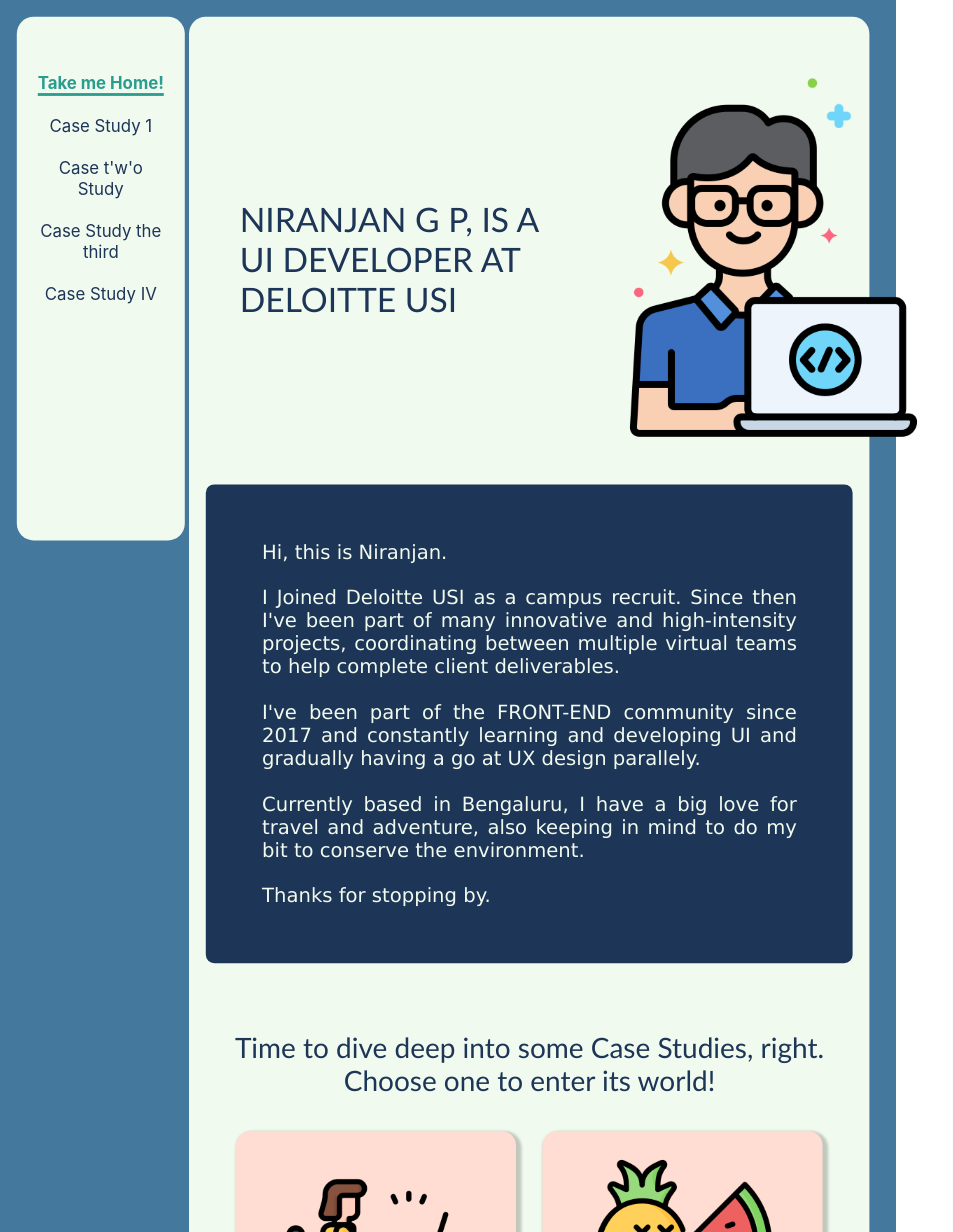
Repository: niranjangp/portfolioReact
Page: /
The author's editor kept a copy of each file at every save. The page is drawn from the files as they stood at one save, then again after the next save.
The browser window is 1280 px wide. The page is 1361 px wide, so the pictures cover 1361 px, including what lies to the right of the window. The pictures show the part of the page from y = 0 to 1760 px (the page is 3130 px tall), at 70% of full size.
The project was rebuilt for these pictures with package versions that can differ from the ones it lists, and the page was loaded fresh each time. Also part of the build but not shown: src/pages/csOne.jsx, src/pages/csTwo.jsx, src/pages/csThree.jsx, src/pages/notFound.jsx.

Above is the page before, as saved 2022-02-01 16:01:51.

### public/index.html
<!DOCTYPE html>
<html lang="en">
  <head>
    <meta charset="utf-8" />
    <!--<link rel="icon" href="%PUBLIC_URL%/favicon.ico" />-->
    <meta name="viewport" content="width=device-width, initial-scale=1" />
    <meta name="theme-color" content="#000000" />
    <meta
      name="description"
      content="Web site created using create-react-app"
    />
    <!--<link rel="apple-touch-icon" href="%PUBLIC_URL%/logo192.png" />-->
    <!--
      manifest.json provides metadata used when your web app is installed on a
      user's mobile device or desktop. See https://developers.google.com/web/fundamentals/web-app-manifest/
    -->
    <link rel="manifest" href="%PUBLIC_URL%/manifest.json" />
    <!--
      Notice the use of %PUBLIC_URL% in the tags above.
      It will be replaced with the URL of the `public` folder during the build.
      Only files inside the `public` folder can be referenced from the HTML.

      Unlike "/favicon.ico" or "favicon.ico", "%PUBLIC_URL%/favicon.ico" will
      work correctly both with client-side routing and a non-root public URL.
      Learn how to configure a non-root public URL by running `npm run build`.
    -->
    <title>Portfolio</title>
  </head>
  <body>
    <noscript>You need to enable JavaScript to run this app.</noscript>
    <div id="root"></div>
    <!--
      This HTML file is a template.
      If you open it directly in the browser, you will see an empty page.

      You can add webfonts, meta tags, or analytics to this file.
      The build step will place the bundled scripts into the <body> tag.

      To begin the development, run `npm start` or `yarn start`.
      To create a production bundle, use `npm run build` or `yarn build`.
    -->
  </body>
</html>

### src/index.css
body {
  margin: 0;
  font-family: -apple-system, BlinkMacSystemFont, 'Segoe UI', 'Roboto', 'Oxygen',
    'Ubuntu', 'Cantarell', 'Fira Sans', 'Droid Sans', 'Helvetica Neue',
    sans-serif;
  -webkit-font-smoothing: antialiased;
  -moz-osx-font-smoothing: grayscale;
  box-sizing: border-box;
}

code {
  font-family: source-code-pro, Menlo, Monaco, Consolas, 'Courier New',
    monospace;
}

p {
  margin: 0;
}

### src/App.js
import './App.css';

import { Route, NavLink, Switch, Redirect } from 'react-router-dom';
import EnterTheDesign from './pages/enterDesign';
import CSOne from './pages/csOne';
import CSTwo from './pages/csTwo';
import CSThree from './pages/csThree';
import NotFound from './pages/notFound';

function App() {
  const flatIconLink = "https://www.flaticon.com/free-icons/programmer";
  const wfhIconLink = "https://www.flaticon.com/free-icons/work-from-home";


  return (
    <div className='App'>
      <div className="containerOne">
        <nav className='navigation'>
          <div className='navDiv'>
            <NavLink activeClassName="nav-link active" className="nav-link" to="/enter-the-design">Take me Home!</NavLink>
          </div>
          <div className='navDiv'>
            <NavLink activeClassName="nav-link active" className="nav-link" to="/cs-one">Case Study 1</NavLink>
          </div>
          <div className='navDiv'>
            <NavLink activeClassName="nav-link active" className="nav-link" to="/cs-two">Case t'w'o Study</NavLink>
          </div>
          <div className='navDiv'>
            <NavLink activeClassName="nav-link active" className="nav-link" to="/cs-three">Case Study the third</NavLink>
          </div>
          <div className='navDiv'>
            <NavLink activeClassName="nav-link active" className="nav-link" to="/cs-three">Case Study IV</NavLink>
          </div>
        </nav>
        <main className='mainOne'>
          <Switch>
            <Route exact path="/" ><Redirect to="/enter-the-design" /></Route>
            <Route path="/enter-the-design" ><EnterTheDesign /></Route>
            <Route exact path="/cs-one" ><CSOne /></Route>
            <Route exact path="/cs-two" ><CSTwo /></Route>
            <Route exact path="/cs-three"><CSThree /></Route>

            <Route path="*"><NotFound /></Route>
          </Switch>
          {/*<div className='firstRow'>
            <div className="width-60">
              <p className='fr-info'>NIRANJAN G P, IS A UI DEVELOPER AT DELOITTE USI</p>
            </div>
            <div className="width-40 img-block">
              <img src={avatarIcon} alt="avatar-icon" className='avtr-img' />
            </div>
          </div>
          <div className='sec-row'>
            <p>Hi, this is Niranjan.</p>
            <p>I Joined Deloitte USI as a campus recruit. Since then I've been part of many innovative and high-intensity projects, coordinating between multiple virtual teams to help complete client deliverables.</p>
            <p>I've been part of the FRONT-END community since 2017 and constantly learning and developing UI and gradually having a go at UX design parallely.</p>
            <p>Currently based in Bengaluru, I have a big love for travel and adventure, also keeping in mind to do my bit to conserve the environment.</p>
            <p>Thanks for stopping by.</p>
          </div>*/}

        </main>
        <footer>
          <div className='footer-info'>
            {/*<p>Niranjan G P</p>*/}
            <p>Design & Develop    |   mailtonirgp@gmail.com</p>
            <p>Please consider the Environment while printing.</p>
          </div>
          <div className='credits'>
            <a href={flatIconLink} title="programmer icons">Programmer icons created by Flat Icons - Flaticon</a>
            <a href={wfhIconLink} title="work from home icons">Work from home icons created by Freepik - Flaticon</a>
            <a href="https://www.flaticon.com/free-icons/fruit" title="fruit icons">Fruit icons created by Freepik - Flaticon</a>
            <a href="https://www.flaticon.com/free-icons/digital-money" title="digital money icons">Digital money icons created by Freepik - Flaticon</a>
          </div>
        </footer>
      </div>

    </div>
  );
}

export default App;

### src/App.css
.containerOne {
  background-color: #45789d;
  padding: 24px;
  position: relative;
}

.mainOne {
  width: 75%;
  margin-left: 20%;
  background-color: #F1FAEE;
  height: 100%;
  border-radius: 1.5rem;
  padding: 24px;
}

.navigation {
  position: absolute;
  top: 24px;
  left: 24px;
  width: 15%;
  height: 660px;
  background-color: #F1FAEE;
  border-radius: 1.5rem;
  padding: 64px 24px 24px;
}

.navDiv {
  padding: 16px 0;
  text-align: center;
}

.nav-link {
  font-size: 24px;
  text-decoration: none;
  color: #1d3557;
}

.nav-link.active {
  color: #2a9d8f;
  font-weight: bold;
  border-bottom: 4px solid #2a9d8f;
}

.fr-info {
  font-size: 3rem;
  font-family: 'Gill Sans', 'Gill Sans MT', Calibri, 'Trebuchet MS', sans-serif;
  padding: 24px 24px 24px 48px;
  color: #1d3557;
}

.firstRow {
  display: flex;
  align-items: center;
  padding: 64px 0;
}

.width-60 {
  width: 60%;
}

.width-40 {
  width: 40%;
}

.fullWidth {
  width: 100%;
}

.img-block {
  text-align: center;
}

.sec-row {
  background-color: #1d3557;
  color: #f1faee;
  border-radius: 0.75rem;
  padding: 64px;
  font-family: 'Lucida Sans', 'Lucida Sans Regular', 'Lucida Grande', 'Lucida Sans Unicode', Geneva, Verdana, sans-serif;
  font-size: 28px;
  text-align: justify;
}

.sec-row p {
  padding: 16px;
}

.centered {
  margin: 3rem auto;
  text-align: center;
  display: flex;
  justify-content: center;
  align-items: center;
}

.linkSel {
  text-decoration: underline;
  font-weight: bold;
}

.third-row {
  display: flex;
  flex-wrap: wrap;
  padding: 96px 24px 0;
}

.card-box {
  width: 50%;
  text-align: center;
  height: 600px;
}

.card {
  width: 400px;
  height: 450px;
  background-color: #ffddd2;
  border-radius: 20px;
  box-shadow: 4px 4px 4px 4px rgba(0, 0, 0, 0.2);
  margin: 3rem auto;
  flex-grow: 1;
  flex-shrink: 1;
  transition: width 500ms ease 0s;
}

.card:hover {
  box-shadow: 4px 4px 4px 8px rgba(0, 0, 0, 0.2);
  width: 420px;
  height: 470px;
  cursor: pointer;
}

.card a {
  text-decoration: none;
}

.card p {
  font-size: 32px;
  padding: 24px;
  color: #1d3557;
  font-family: Verdana, Geneva, Tahoma, sans-serif;
}

.card-icon {
  width: 256px;
  margin-top: 40px;
}

.intro-cs {
  text-align: center;
  font-size: 40px;
  color: #1d3557;
  font-family: 'Trebuchet MS', 'Lucida Sans Unicode', 'Lucida Grande', 'Lucida Sans', Arial, sans-serif;
}

footer {
  width: 75%;
  margin-left: 20%;
  background-color: #cfdbd5;
  height: 100%;
  border-radius: 1.5rem;
  padding: 24px;
  margin-top: 64px;
  color: #223843;
}

.footer-info {
  font-size: 1.5rem;
}

.footer-info p {
  padding: 1rem;
}

.credits {
  padding-left: 16px;
}

.credits a {
  text-decoration: none;
  display: block;
}

.csOne {
  min-height: 660px;
  height: 100%;
  color: #1d3557;
}

.backLink {
  font-size: 28px;
  font-weight: bold;
  padding: 16px 16px 16px 24px;
}

.backLink a {
  text-decoration: none;
  color: #1d3557;

}

.csOneHeader, .csTwoHeader, .cs3Header {
  font-size: 40px;
  padding: 16px 16px 32px 24px;
}

.csOneBody {
  padding: 0 24px;
}

.csOneH {
  font-size: 32px;
  padding-bottom: 8px;
  border-bottom: 2px solid #1d3557;
  margin-bottom: 16px;
  display: inline-block;
}

.csOneC {
  font-size: 28px;
}

.pd-bt {
  padding-bottom: 48px;
}

.pd-bt-small {
  padding-bottom: 24px;
}

.clrp {
  width: 100px;
  height: 40px;
  border-top-right-radius: 20px;
  border-bottom-right-radius: 20px;
  margin-right: 24px;
}

.fir {
  background-color: #0070D2;
}

.sec {
  background-color: #16325C;
}

.thi {
  background-color: #526173;
}

.fou {
  font-family: sans-serif;
  padding-right: 24px;
}

.dp-flx {
  display: flex;
  margin: 16px 40px;
  align-items: center;
}

.flx-bx {
  display: flex;
  align-items: center;
  justify-content: space-evenly;
  margin-bottom: 48px;
}

.flx-bx div {
  font-size: 32px;
}

.mrDesk {
  width: 800px;
}

.last-text {
  font-size: 28px;
  color: #f07167;
  margin: 0 64px 24px;
  text-align: center;
}

.csTwo {
  font-family: 'Franklin Gothic Medium', 'Arial Narrow', Arial, sans-serif;
}

.csTwoHeader {
  color: #e76f51;
}

.csTwoPara {
  color: #0081a7;
  font-size: 28px;
  padding-bottom: 8px;
}

.padd-div {
  padding: 16px 24px 56px;
}

.csTwoRowTwo {
  color: #c81d25;
  font-size: 32px;
  padding-bottom: 16px;
  border-bottom: 2px solid #c81d25;
  margin-bottom: 48px;
}

.textCen {
  text-align: center;
}

.screenName {
  font-size: 24px;
  width: 80%;
  margin: 0 auto;
  margin-bottom: 0px;
  background-color: #284b63;
  color: #fff;
  border-top-left-radius: 12px;
  border-top-right-radius: 12px;
  padding: 8px 0;
}

.scrIcon {
  width: 80%;
  margin: 8px 0 64px;
}

.cs3Header {
  font-family: 'Lucida Sans', 'Lucida Sans Regular', 'Lucida Grande', 'Lucida Sans Unicode', Geneva, Verdana, sans-serif;
}




/*.containerOne {
  background-color: #F1FAEE;
}
.mainOne {
  background-color: #a8dadc;
  width: 75%;
  margin-left: 20%;
  /-*background-color: #45789d;*-/
  height: 660px;
}

.p1 {
  color: #1d3557;
}
.p2 {
  color: #f1faee;
}*/

/*.App-logo {
  height: 40vmin;
  pointer-events: none;
}

@media (prefers-reduced-motion: no-preference) {
  .App-logo {
    animation: App-logo-spin infinite 20s linear;
  }
}

.App-header {
  background-color: #282c34;
  min-height: 100vh;
  display: flex;
  flex-direction: column;
  align-items: center;
  justify-content: center;
  font-size: calc(10px + 2vmin);
  color: white;
}

.App-link {
  color: #61dafb;
}*/

@keyframes App-logo-spin {
  from {
    transform: rotate(0deg);
  }

  to {
    transform: rotate(360deg);
  }
}

### src/pages/enterDesign.jsx
import React from 'react';
import Icons from '../assets/programmer.png';
import WorkingIcon from '../assets/working.png';
import FoodIcon from '../assets/fruit.png';
import ExpIcon from '../assets/expense.png';
import { Link } from 'react-router-dom';


const enterDesign = () => {
    const avatarIcon = Icons;


    return (
        <React.Fragment>
            <div className='firstRow'>
                <div className="width-60">
                    <p className='fr-info'>NIRANJAN G P, IS A UI DEVELOPER AT DELOITTE USI</p>
                </div>
                <div className="width-40 img-block">
                    <img src={avatarIcon} alt="avatar-icon" className='avtr-img' />
                </div>
            </div>
            <div className='sec-row'>
                <p>Hi, this is Niranjan.</p>
                <p>I Joined Deloitte USI as a campus recruit. Since then I've been part of many innovative and high-intensity projects, coordinating between multiple virtual teams to help complete client deliverables.</p>
                <p>I've been part of the FRONT-END community since 2017 and constantly learning and developing UI and gradually having a go at UX design parallely.</p>
                <p>Currently based in Bengaluru, I have a big love for travel and adventure, also keeping in mind to do my bit to conserve the environment.</p>
                <p>Thanks for stopping by.</p>
            </div>
            <div className='third-row'>
                <div className='fullWidth intro-cs'>
                    <p>Time to dive deep into some Case Studies, right.</p>
                    <p>Choose one to enter its world!</p>
                </div>
                <div className='card-box'>
                    <div className="card">
                        <Link to="/cs-one">
                            <img src={WorkingIcon} alt="card-icon" className='card-icon' />
                            <p>Mandated Reporter</p>
                            {/*<p>Click to Enter!!!</p>*/}
                        </Link>
                    </div>
                </div>
                <div className='card-box'>
                    <div className="card">
                    <Link to="/cs-two">
                        <img src={FoodIcon} alt="card-icon" className='card-icon' />
                        <p>Order Food</p>
                        </Link>
                    </div>
                </div>
                <div className='card-box'>
                    <div className="card" >
                    <Link to="/cs-three">
                        <img src={ExpIcon} alt="card-icon" className='card-icon' />
                        <p>Movie Time!!!</p>
                        </Link>
                    </div>
                </div>
                <div className='card-box'>
                    <div className="card" >
                    <Link to="/cs-four">
                        <img src={avatarIcon} alt="card-icon" className='card-icon' />
                        <p>Expense Tracker</p>
                        </Link>
                    </div>
                </div>
            </div>
        </React.Fragment>
    )
};

export default enterDesign;

Loaded but not shown: src/index.js (common file); src/reportWebVitals.js (common file)

After the next save:
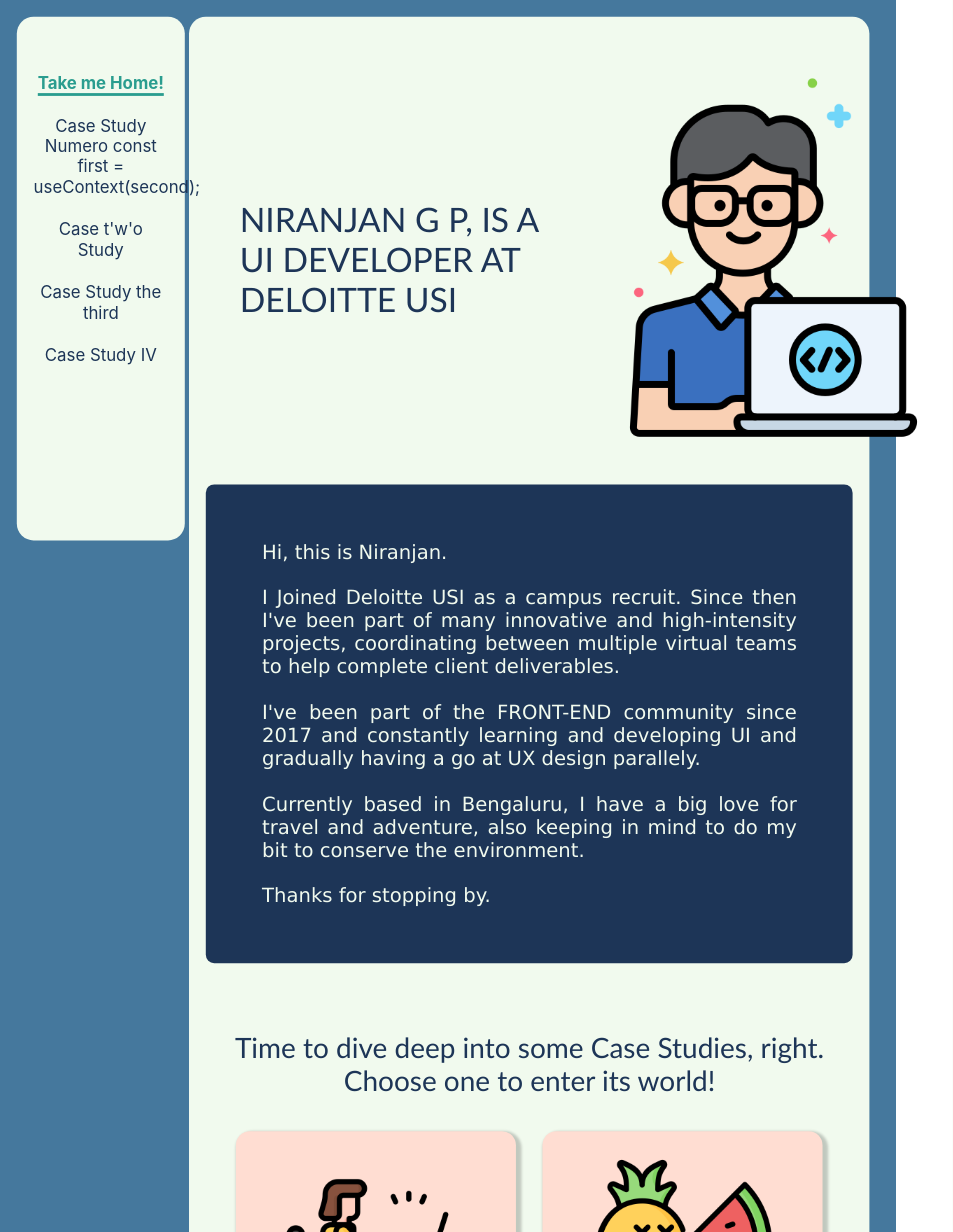
Saved 112 min 43 s later.
--- a/src/App.js
+++ b/src/App.js
@@ -20,7 +20,7 @@ function App() {
             <NavLink activeClassName="nav-link active" className="nav-link" to="/enter-the-design">Take me Home!</NavLink>
           </div>
           <div className='navDiv'>
-            <NavLink activeClassName="nav-link active" className="nav-link" to="/cs-one">Case Study 1</NavLink>
+            <NavLink activeClassName="nav-link active" className="nav-link" to="/cs-one">Case Study Numero const first = useContext(second);</NavLink>
           </div>
           <div className='navDiv'>
             <NavLink activeClassName="nav-link active" className="nav-link" to="/cs-two">Case t'w'o Study</NavLink>
